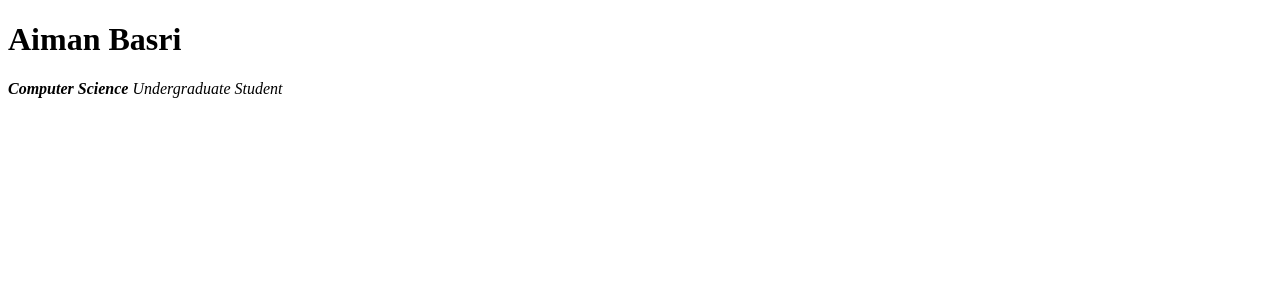
Repository: aimanbasri/Web-Development-Bootcamp
Page: HTML - Personal Site/index.html
An editor plug-in stored every save of this project. The page is shown before and after the next save, followed by the edit.
The browser window is 1280 px wide. The pictures show the whole page.

Above is the page before, as saved 2019-12-29 01:05:24.

### HTML - Personal Site/index.html
<!DOCTYPE html>
<html lang="en">
<head>
    <meta charset="UTF-8">
    <meta name="viewport" content="width=device-width, initial-scale=1.0">
    <meta http-equiv="X-UA-Compatible" content="ie=edge">
    <title>🗲Aiman's Personal Site</title>
</head>
<body>
    <h1> Aiman Basri </h1>
    <p><em><strong>Computer Science </strong> Undergraduate Student</em></p>
    <p> </p>
</body>
</html>

After the next save:
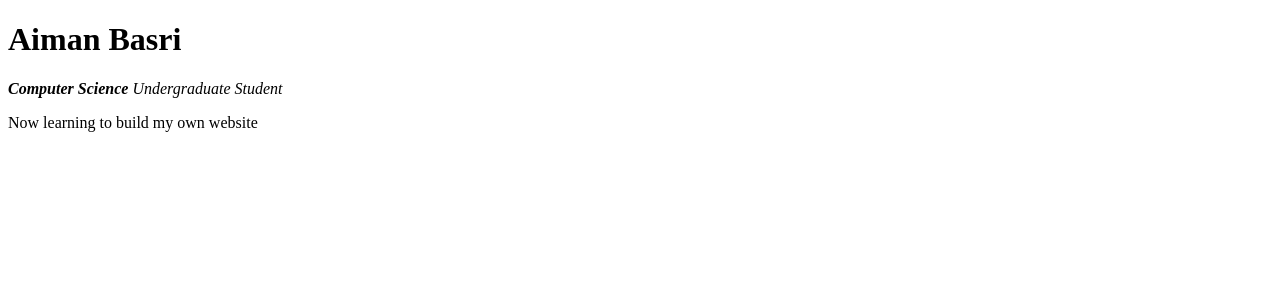
Saved 18 s later.
--- a/HTML - Personal Site/index.html
+++ b/HTML - Personal Site/index.html
@@ -9,6 +9,6 @@
 <body>
     <h1> Aiman Basri </h1>
     <p><em><strong>Computer Science </strong> Undergraduate Student</em></p>
-    <p> </p>
+    <p> Now learning to build my own website</p>
 </body>
 </html>
